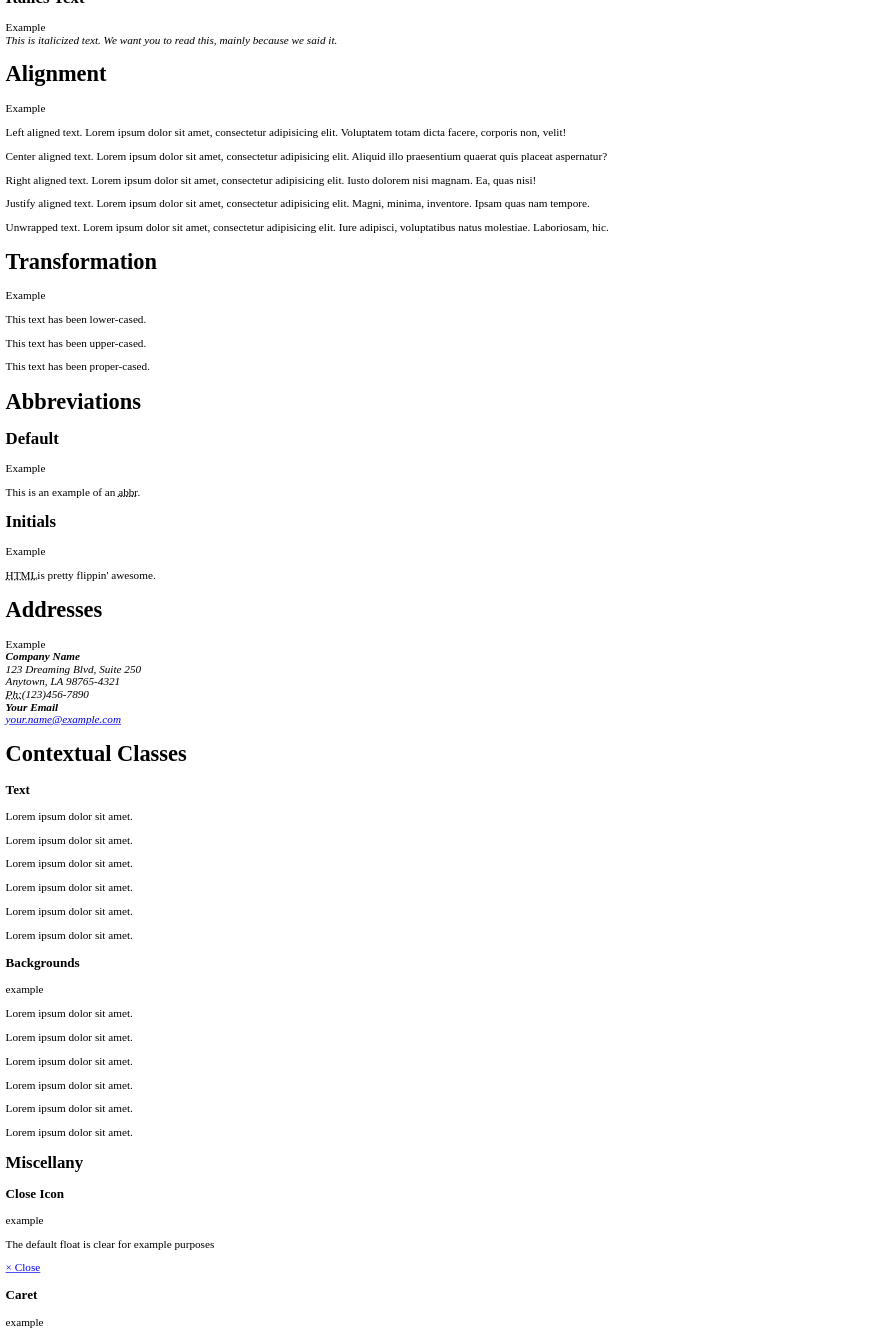
Repository: sympolinc/silk
Page: http://localhost/views/typography.php
The author's editor kept a record of every edit. The page is drawn from the files as they stood at one moment, then again after the next edit.
The browser window is 1280 px wide. The pictures show the part of the page from y = 1253 to 3173 px (the page is 3167 px tall before and 3173 px after), at 70% of full size.
The page is run by PHP 8.4 with error messages shown; the project is at /var/www/html/.

Above is the page before.

After the next edit:
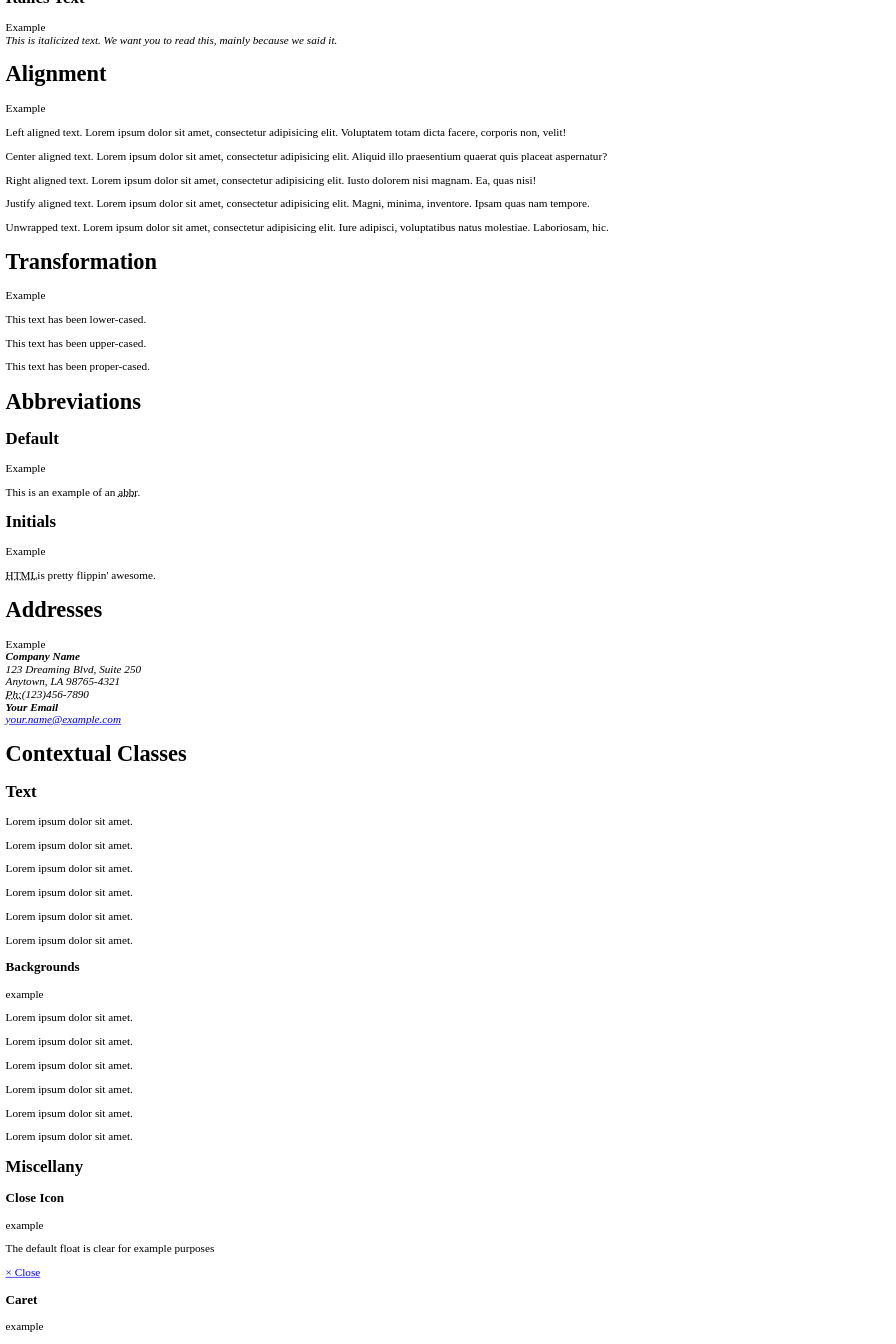
The edit:
--- a/views/typography.php
+++ b/views/typography.php
@@ -165,7 +165,7 @@
 <div class="section">
     <h1>Contextual Classes</h1>
     <div class="section">
-      <h3>Text</h3>
+      <h2>Text</h2>
       <div class="silk-example">
         <div data-example>
           <p class="text-primary"> Lorem ipsum dolor sit amet.</p>
